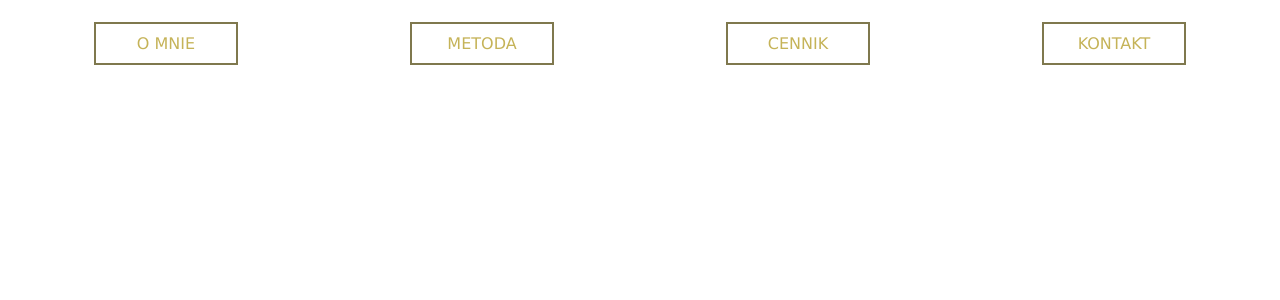
Repository: LechCieslak/Anna_Cieslak_v2.1
Page: index.html
An editor plug-in stored every save of this project. The page is shown before and after the next save, followed by the edit.
The browser window is 1280 px wide. The pictures show the whole page.

Above is the page before, as saved 2020-09-17 15:49:26.

After the next save:
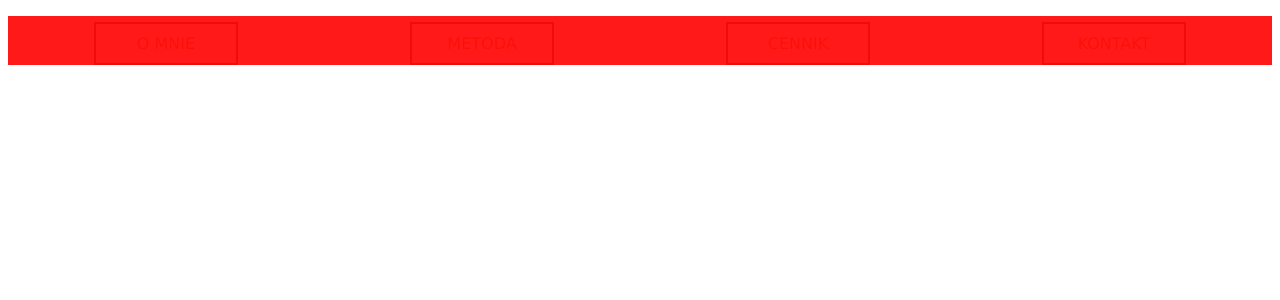
Saved 4 s later.
--- a/style.css
+++ b/style.css
@@ -20,10 +20,10 @@ body::after {
     /* background: url("images/background-poz.jpg"); */
     background-color: red;
     opacity: 0.9;
-    /* top: 0;
+    top: 0;
     left: 0;
     bottom: 0;
-    right: 0; */
+    right: 0;
     position: absolute;
     z-index: 1;
 }
